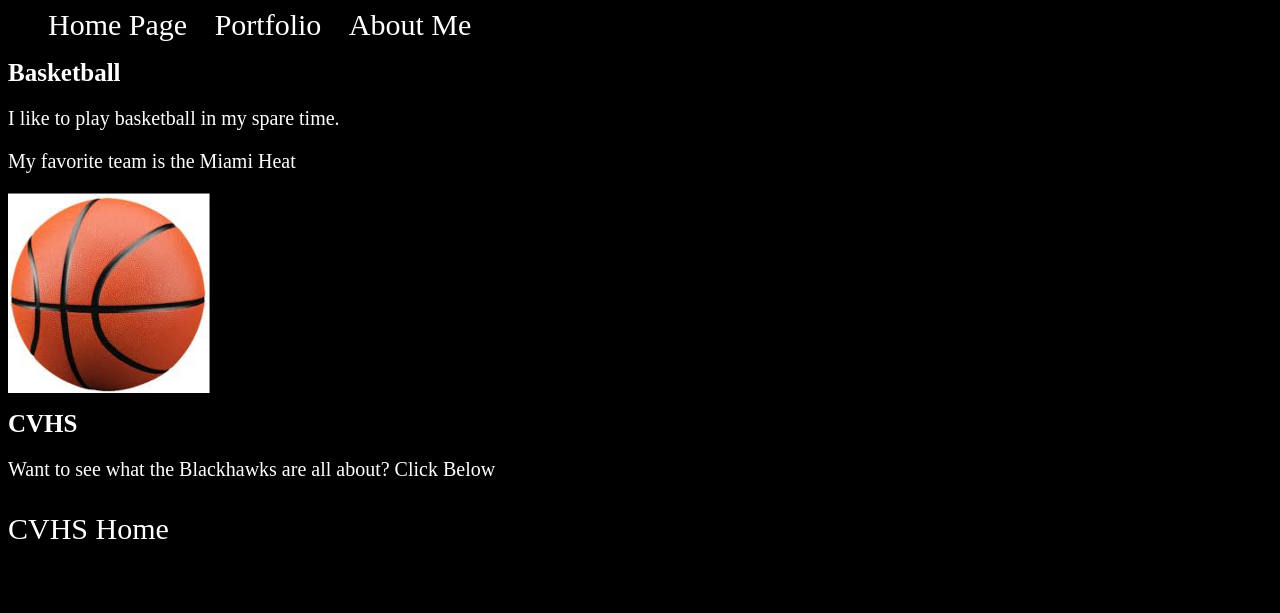
Repository: jacobhayman22/jacobhayman22.github.io
Page: about.html
The author's editor kept a record of every edit. The page is drawn from the files as they stood at one moment, then again after the next edit.
The browser window is 1280 px wide. The pictures show the whole page.

Above is the page before.

After the next edit:
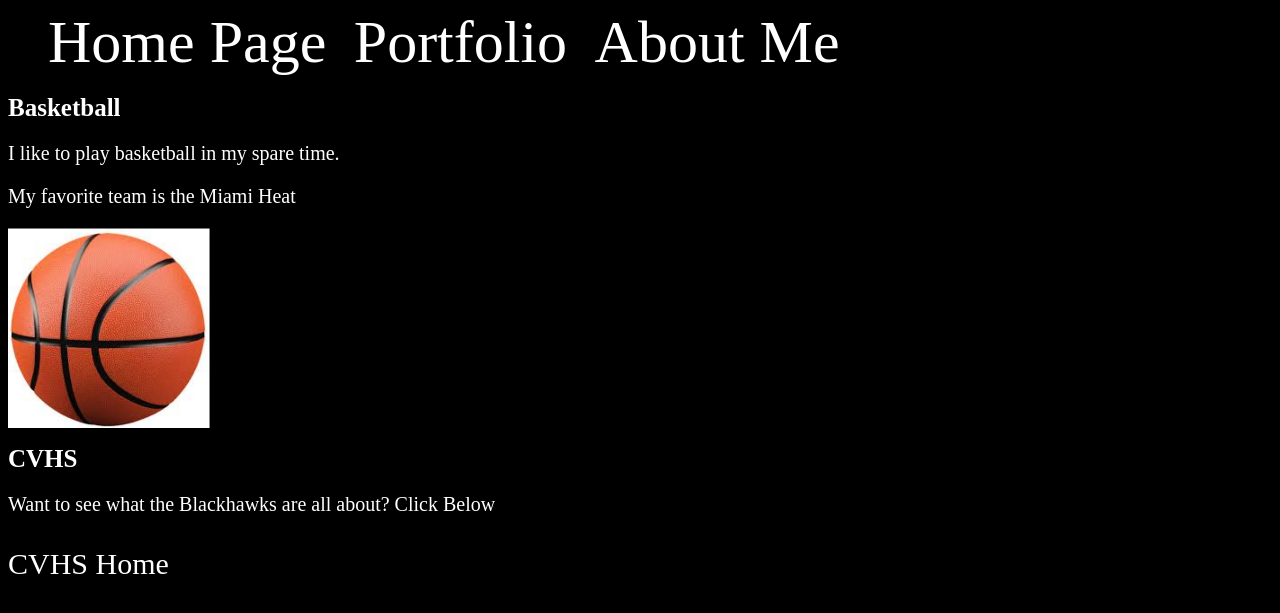
The edit:
--- a/style.css
+++ b/style.css
@@ -38,6 +38,7 @@
    }
    li{
     color:white ;
+    font-size: 2em
    }
    h2{
     color:white ;
